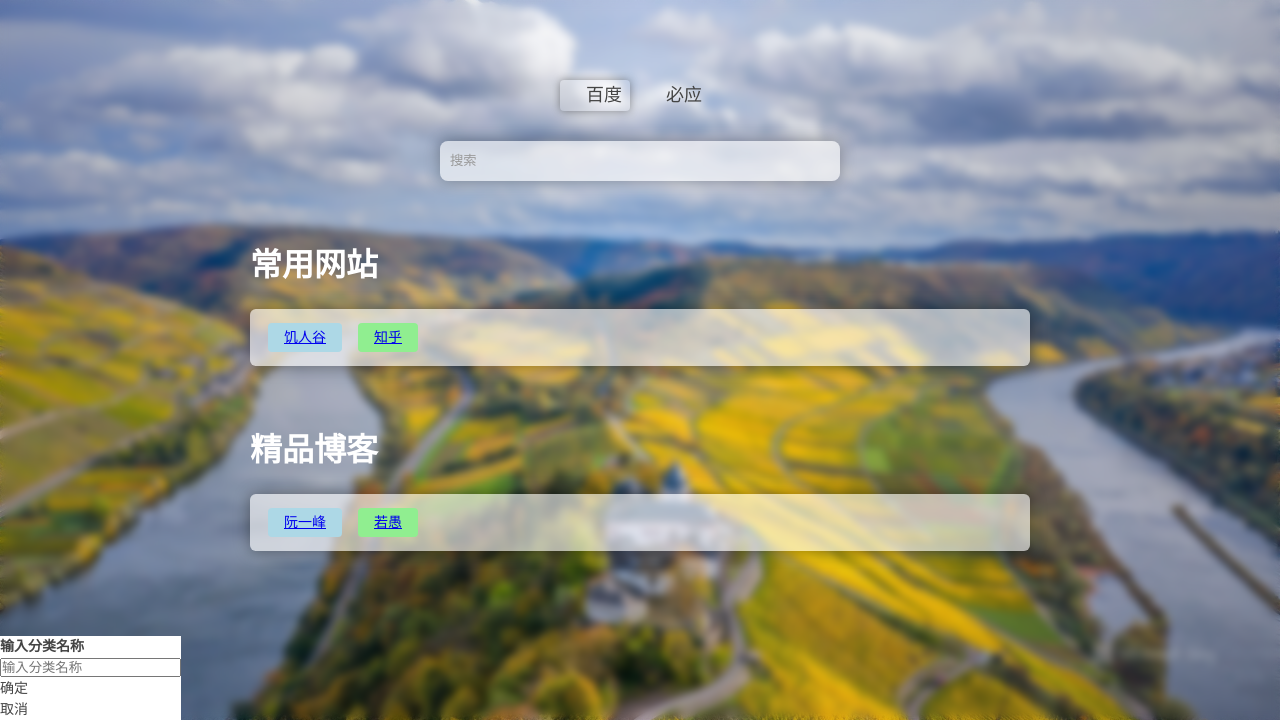
Repository: zkhiscool/PersonPage
Page: index.html
An editor plug-in stored every save of this project. The page is shown before and after the next save, followed by the edit.
The browser window is 1280 px wide. The pictures show the whole page.

Above is the page before, as saved 2023-07-21 12:03:42.

After the next save:
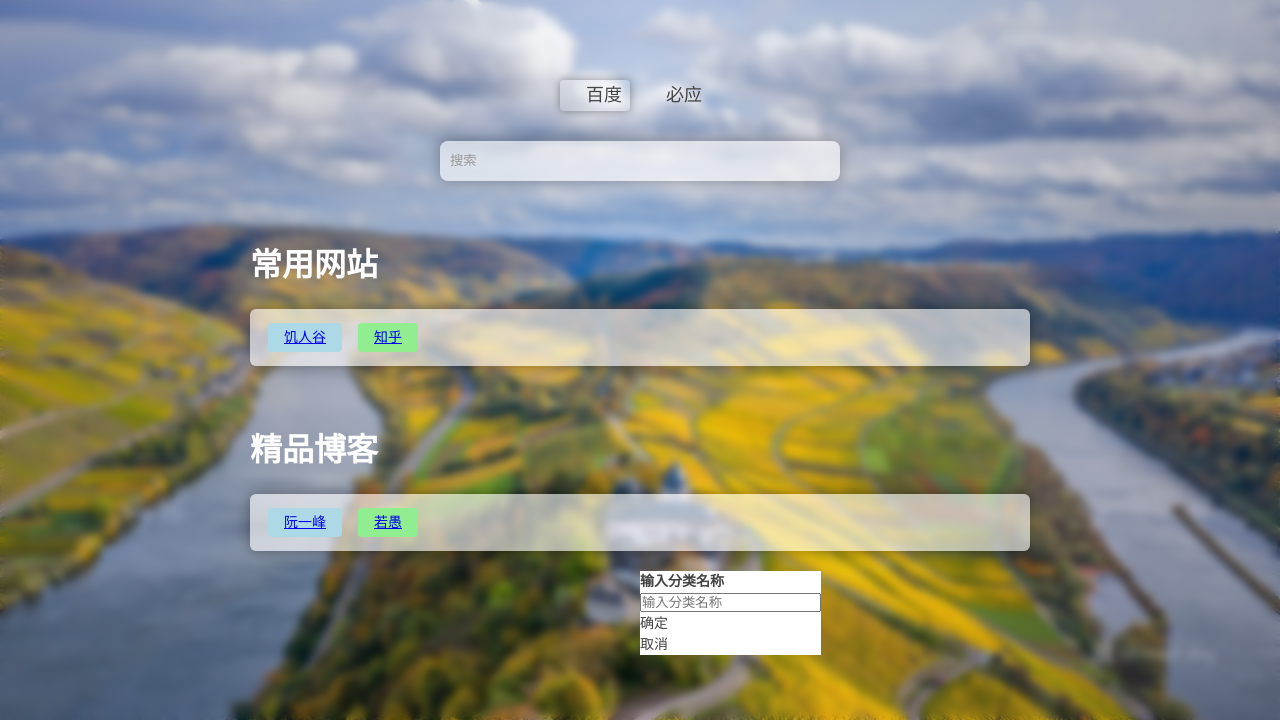
Saved 23 s later.
--- a/css/style.css
+++ b/css/style.css
@@ -189,8 +189,8 @@ body.preview .puls {
 
 .modal {
     position: fixed;
-    bottom: 0;
-    left: 0;
+
+    left: 50%;
     max-width: 600px;
     background-color: #fff;
 
